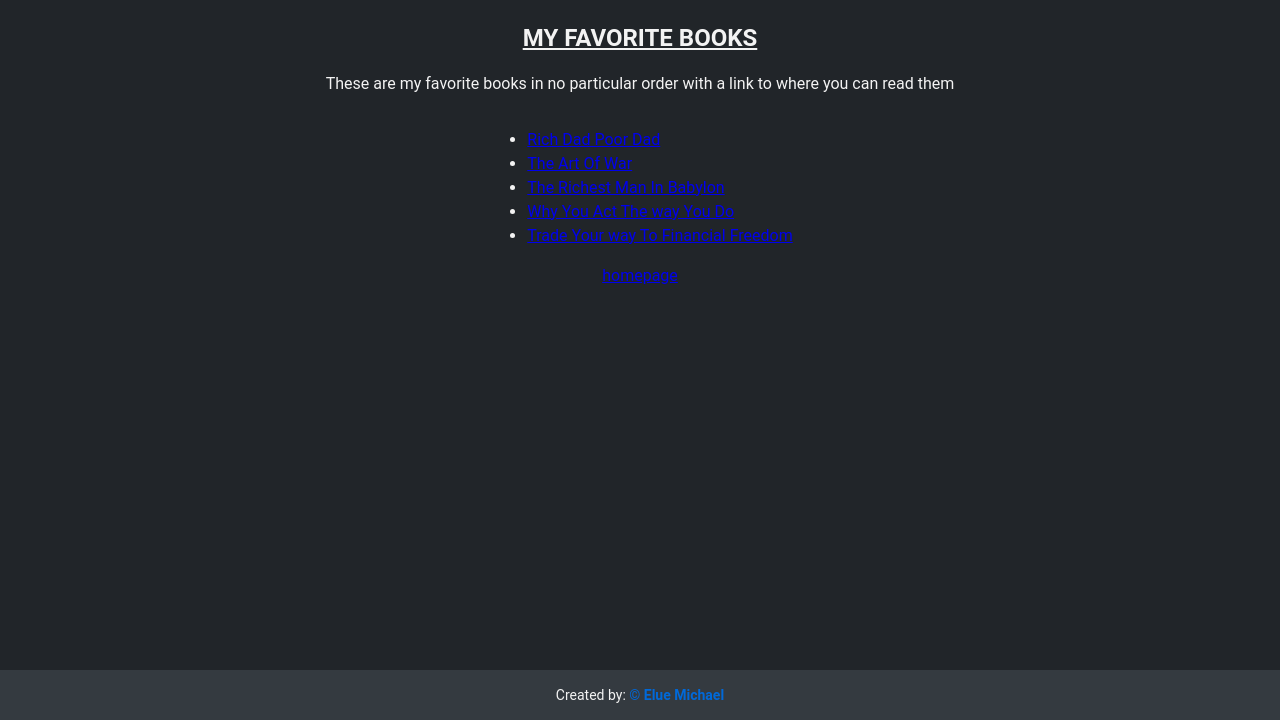
Repository: MikkyPrestige/html-website
Page: pages/books.html
An editor plug-in stored every save of this project. The page is shown before and after the next save, followed by the edit.
The browser window is 1280 px wide. The pictures show the whole page.

Above is the page before, as saved 2023-04-29 02:27:47.

After the next save:
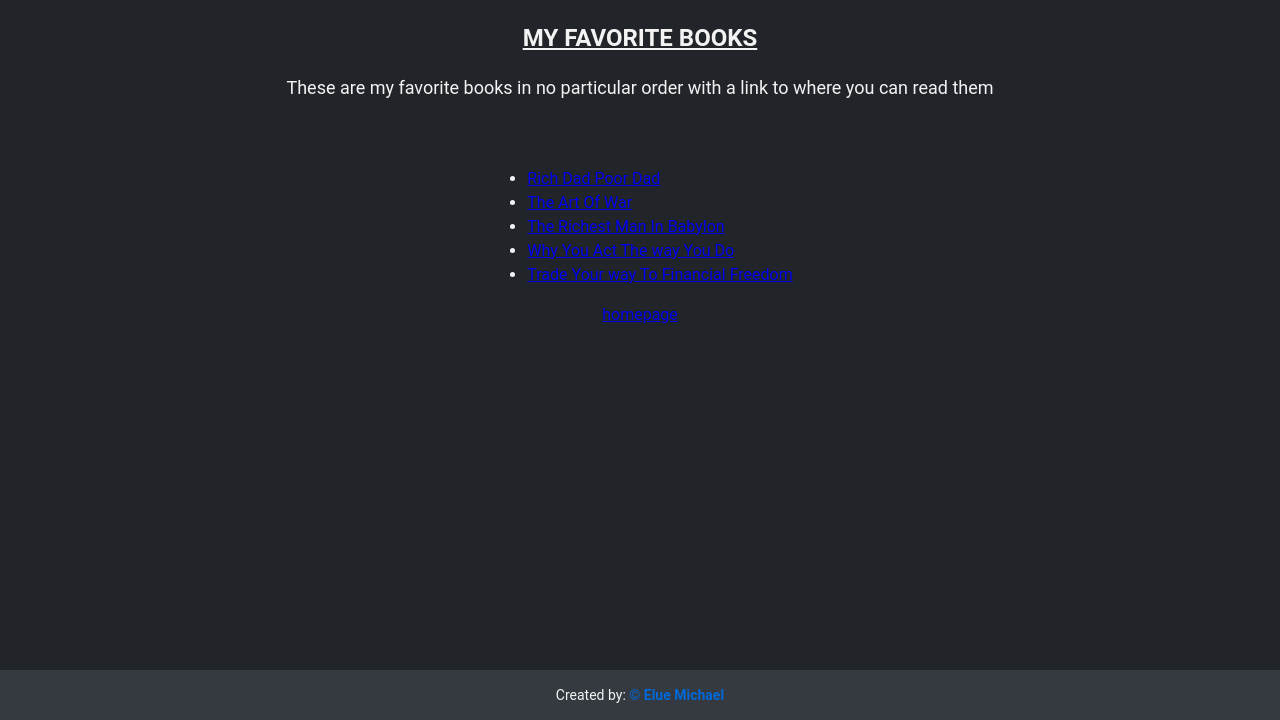
Saved 12 s later.
--- a/index.css
+++ b/index.css
@@ -103,6 +103,12 @@
   text-transform: uppercase;
 }
 
+.books-subheading {
+  font-size: 18px;
+  font-weight: 400;
+  margin-bottom: 50px;
+}
+
 
 
 
